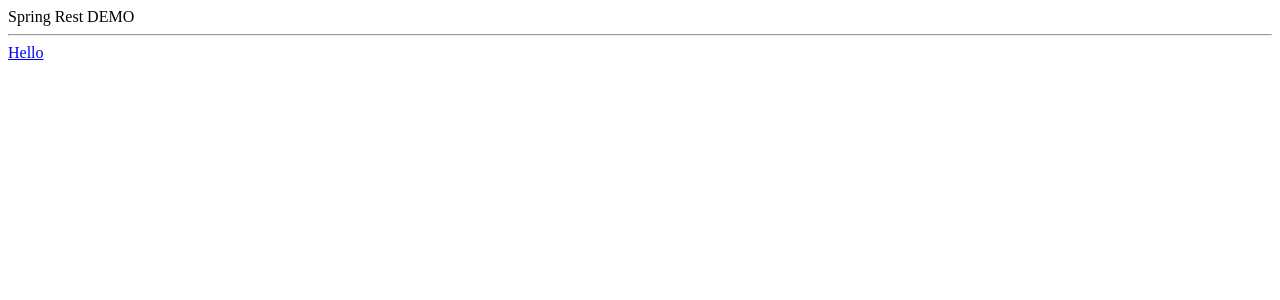
Repository: samanmunikar/Spring-and-Hibernate-
Page: http://localhost/spring-rest-demo/
These files come from the project's save history. The page is drawn as it stood at one moment and after the next save; the edit follows.
The browser window is 1280 px wide. The pictures show the whole page.
The page is served by Tomcat 9. Other server files are loaded and not shown.

Above is the page before, as saved 2019-10-11 02:29:30.

### Spring REST/spring-rest-demo/src/main/webapp/index.jsp
<html>
<head>
<title>Spring REST</title>
</head>
<body>
	Spring Rest DEMO
	<br>
	<hr>
	<a href="${pageContext.request.contextPath}/test/hello">Hello</a>
</body>
</html>

After the next save:
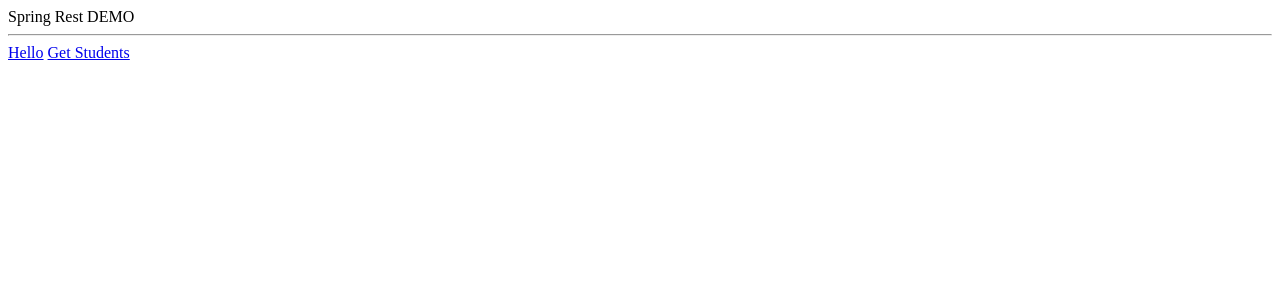
Saved 44 s later.
--- a/Spring REST/spring-rest-demo/src/main/webapp/index.jsp
+++ b/Spring REST/spring-rest-demo/src/main/webapp/index.jsp
@@ -7,5 +7,6 @@
 	<br>
 	<hr>
 	<a href="${pageContext.request.contextPath}/test/hello">Hello</a>
+	<a href="${pageContext.request.contextPath}/api/students">Get Students</a>
 </body>
 </html>
